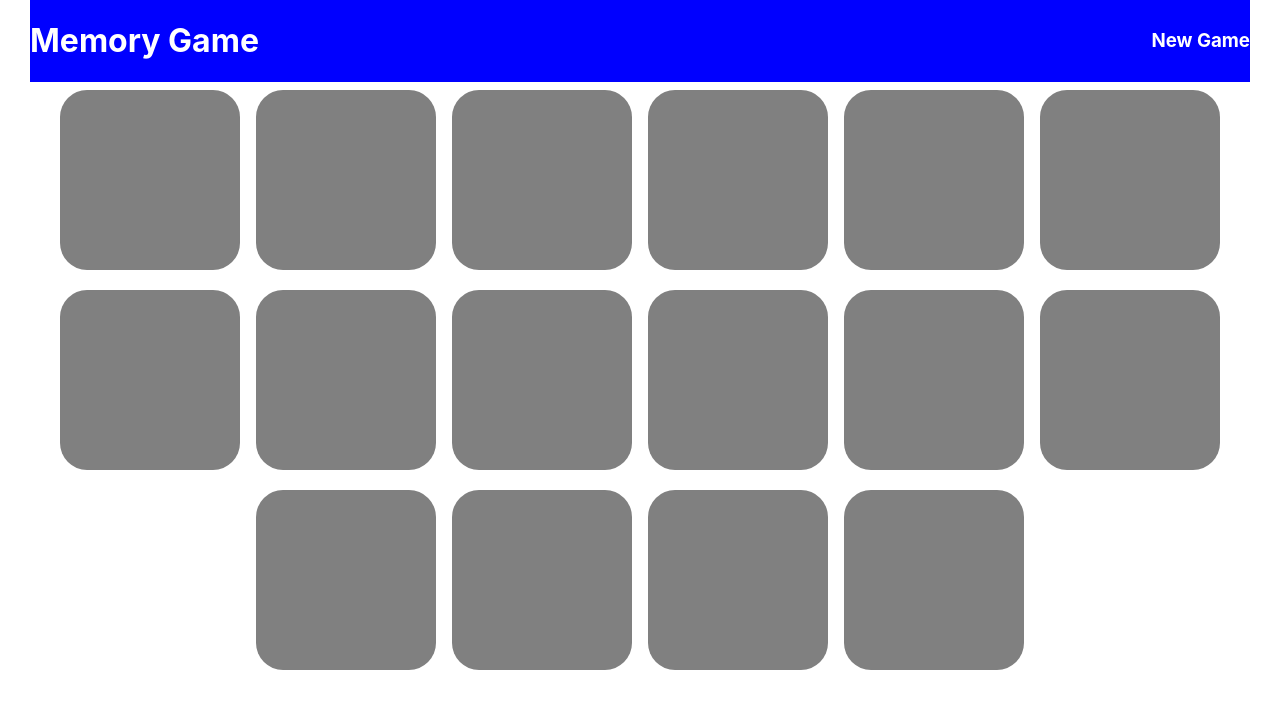
Repository: sokafootball/memory_game
Page: /
The author's editor kept a copy of each file at every save. The page is drawn from the files as they stood at one save, then again after the next save.
The browser window is 1280 px wide. The pictures show the whole page.
The project was rebuilt for these pictures with package versions that can differ from the ones it lists, and the page was loaded fresh each time.

Above is the page before, as saved 2019-01-21 12:49:46.

### src/App.js
import React, { Component } from 'react';
import './App.css';
import {Game} from './Game'
import {Navbar} from './Navbar'

class App extends Component {
  constructor(props) {
    super(props)
    this.state = {
      cards: [
        {id: 0, color: 'red', status: 'hidden'},
        {id: 1, color: 'red', status: 'hidden'},
        {id: 2, color: 'blue', status: 'hidden'},
        {id: 3, color: 'blue', status: 'hidden'},
        {id: 4, color: 'yellow', status: 'hidden'},
        {id: 5, color: 'yellow', status: 'hidden'},
        {id: 6, color: 'black', status: 'hidden'},
        {id: 7, color: 'black', status: 'hidden'},
        {id: 8, color: 'pink', status: 'hidden'},
        {id: 9, color: 'pink', status: 'hidden'},
        {id: 10, color: 'green', status: 'hidden'},
        {id: 11, color: 'green', status: 'hidden'},
        {id: 12, color: 'orange', status: 'hidden'},
        {id: 13, color: 'orange', status: 'hidden'},
        {id: 14, color: 'purple', status: 'hidden'},
        {id: 15, color: 'purple', status: 'hidden'}
      ],
      showingCards: 0
    }
    this.handleCardClick = this.handleCardClick.bind(this)
    this.newGame = this.newGame.bind(this)
    setTimeout(this.shuffleCards, 50)
  }

  countShowingCards = () => {
    console.log('countShowingCards called')
    let showingCards = 0
    this.state.cards.forEach(card => {if(card.status === 'showing')showingCards++})
    this.setState({showingCards}, () => {
      console.log(this.state.showingCards)
      if(this.state.showingCards === 2){
        this.compareCards()
      }
    })
  }

  showCard = (clickedCard, id) => {
    console.log('showCard called')
    if(clickedCard.status === 'hidden' && this.state.showingCards < 2){
      clickedCard.status = 'showing'
      let newCards = this.state.cards.slice()
      newCards = newCards.map(card => (card.id === id ? clickedCard : card))
      this.setState({cards: newCards}, this.countShowingCards)
      }
    }

  handleCardClick = (id) => {
    console.log('button clicked')
    const clickedCard = this.state.cards.filter((card) => card.id === id)[0]
    this.showCard(clickedCard, id)
  }

  compareCards = () => {
    console.log('compareCards called')
    let comparedCards = this.state.cards.filter((card) => card.status === 'showing')
    const isMatch = comparedCards[0].color === comparedCards[1].color
    setTimeout(() => {
      comparedCards.forEach(card => {isMatch ? card.status = 'matched' : card.status = 'hidden'})
      let newCards = this.state.cards.slice()
      newCards = newCards.map(newCard => {
        if(comparedCards.some(card => card.id === newCard.id)){
          isMatch ? newCard.status = 'matched' : newCard.status = 'hidden'
        }
        return newCard
      })
      this.setState({newCards, showingCards:0})
    }, 1000)
  }

  shuffleCards = () => {
    console.log('ShuffleCards called')
    let myCards = this.state.cards.slice()
    for (let i = myCards.length - 1; i > 0; i--) {
        const j = Math.floor(Math.random() * (i + 1));
        [myCards[i], myCards[j]] = [myCards[j], myCards[i]];
    }
    this.setState({cards: myCards}, console.log(this.state.cards))
  }

  newGame = () => {
    //shuffle cards
    setTimeout(this.shuffleCards, 50)    //set all cards to hidden and showing cards to 0
    let myCards = this.state.cards.slice()
    myCards.forEach(card => card.status = 'hidden')
    this.setState({cards: myCards, showingCards: 0})
  }

  render() {
    return (
      <div className="App">
        <Navbar
        newGame={this.newGame}
        />
        <Game
        cards={this.state.cards}
        handleCardClick={this.handleCardClick}
        />
      </div>
    );
  }
}

export default App;

### src/Game.js
import React from 'react'
import {Card} from './Card'
// import './Game.css'
import PropTypes from 'prop-types'

const Game = (props) => {
  const myCards = props.cards.map((c, index) => {
    return <Card {...c} key={index} handleCardClick = {props.handleCardClick}/>
  })
    return (
      <div className="cardsDiv">
        {myCards}
      </div>
    )
}

Game.defaultProps = {
  handleCardClick: () => {console.log('handleCardClick function not provided')},
  cards: () => [
    {id: 0, color: 'black', status: 'showing'},
    {id: 1, color: 'black', status: 'showing'},
    {id: 2, color: 'black', status: 'showing'},
    {id: 3, color: 'black', status: 'showing'},
    {id: 4, color: 'black', status: 'showing'},
    {id: 5, color: 'black', status: 'showing'},
    {id: 6, color: 'black', status: 'showing'},
    {id: 7, color: 'black', status: 'showing'},
    {id: 8, color: 'black', status: 'showing'},
    {id: 9, color: 'black', status: 'showing'},
    {id: 10, color: 'black', status: 'showing'},
    {id: 11, color: 'black', status: 'showing'},
    {id: 12, color: 'black', status: 'showing'},
    {id: 13, color: 'black', status: 'showing'},
    {id: 14, color: 'black', status: 'showing'},
    {id: 15, color: 'black', status: 'showing'}
  ]
}

Game.propTypes = {
  handleCardClick: PropTypes.func.isRequired,
  cards: PropTypes.arrayOf(PropTypes.object).isRequired
}

export {Game}

### src/Navbar.js
import React from 'react'
import './Navbar.css'
import PropTypes from 'prop-types'

const Navbar = (props) => {
    return (
      <div className='mainBar'>
        <h1>Memory Game</h1>
        <h3 onClick={props.newGame}>New Game</h3>
      </div>
    )
}

Navbar.defaultProps = {
  newGame: () => {console.log('from Navbar: newGame function not provided')}
}

Navbar.propTypes = {
  newGame: PropTypes.func.isRequired
}

export {Navbar}

### src/Card.js
import React from 'react'
import PropTypes from 'prop-types'
import './Card.css'

const Card = (props) => {

if(props.status !== 'hidden'){
  var style = {
    backgroundColor: props.color
  }
}

  return (
    <div className="card" style={style}></div>
  )
}

Card.defaultProps = {
  color: 'grey'
}

Card.propTypes = {
  color: PropTypes.string
}

export {Card}

### src/Navbar.css
h3 {
  cursor: pointer;
}

.mainBar {
  color: white;
  background: #0000ff;
  margin: 0px 30px;
  display: flex;
  justify-content: space-between;
  align-items: center;
}

### src/Card.css
.card {
  margin: 8px;
  width: 180px;
  height: 180px;
  display: inline-block;
  background: grey;
  border-radius: 15%;
  transition: background 1s;
}

Loaded but not shown: public/index.html (common file); src/index.js (common file); src/index.css (common file); src/serviceWorker.js (common file); src/App.css (common file)

After the next save:
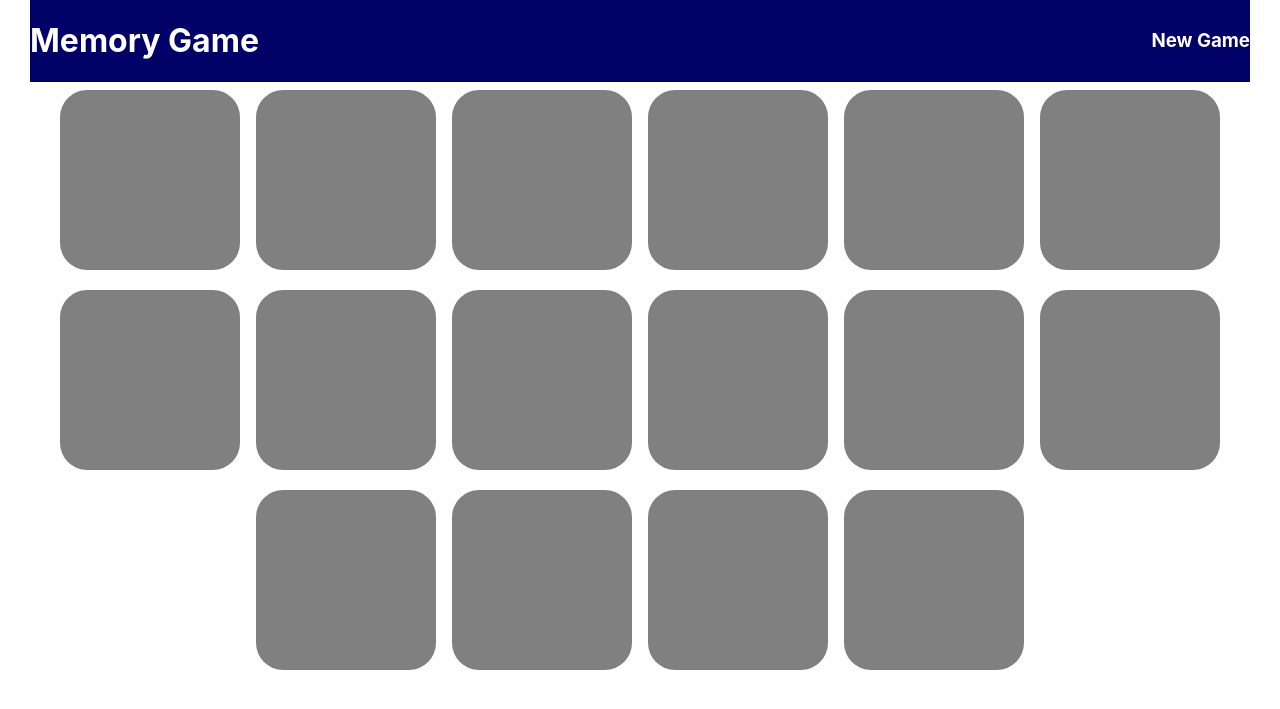
Saved 37 s later.
--- a/src/Navbar.css
+++ b/src/Navbar.css
@@ -4,7 +4,7 @@ h3 {
 
 .mainBar {
   color: white;
-  background: #0000ff;
+  background: #000066;
   margin: 0px 30px;
   display: flex;
   justify-content: space-between;
